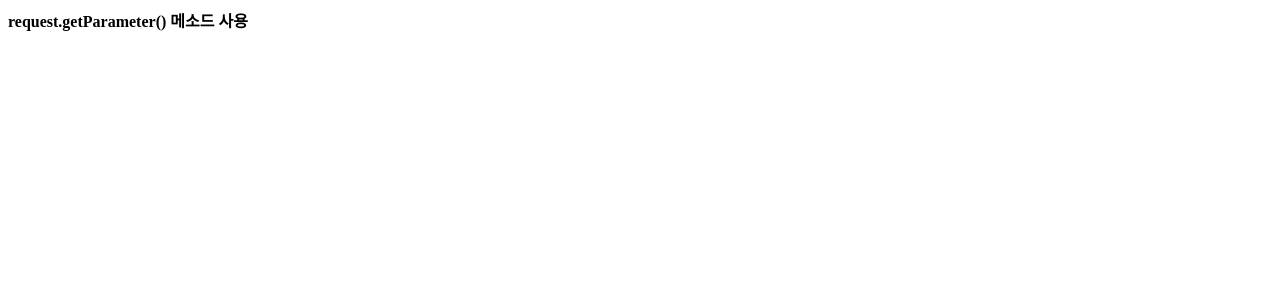
Repository: eParkjongtaek/lovedisket
Page: http://localhost/KH18_1/0905/13viewParameter.jsp
An editor plug-in stored every save of this project. The page is shown before and after the next save, followed by the edit.
The browser window is 1280 px wide. The pictures show the whole page.
The page is served by Tomcat 9.

Above is the page before, as saved 2017-09-05 04:12:24.

After the next save:
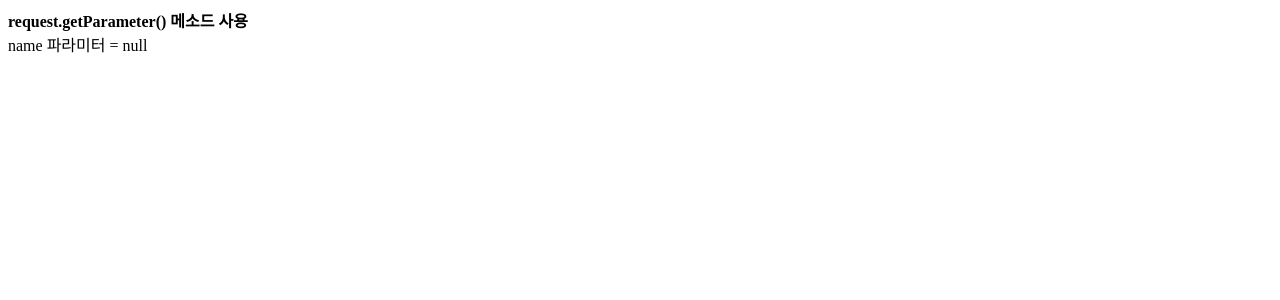
Saved 32 s later.
--- a/source/KH18_1/WebContent/0905/13viewParameter.jsp
+++ b/source/KH18_1/WebContent/0905/13viewParameter.jsp
@@ -8,5 +8,6 @@
 	<head><title>요청 파라미터 출력</title></head>
 	<body>
 		<b>request.getParameter() 메소드 사용</b><br/>
+		name 파라미터 = <%=request.getParameter("name") %><br/>
 	</body>
 </html>
